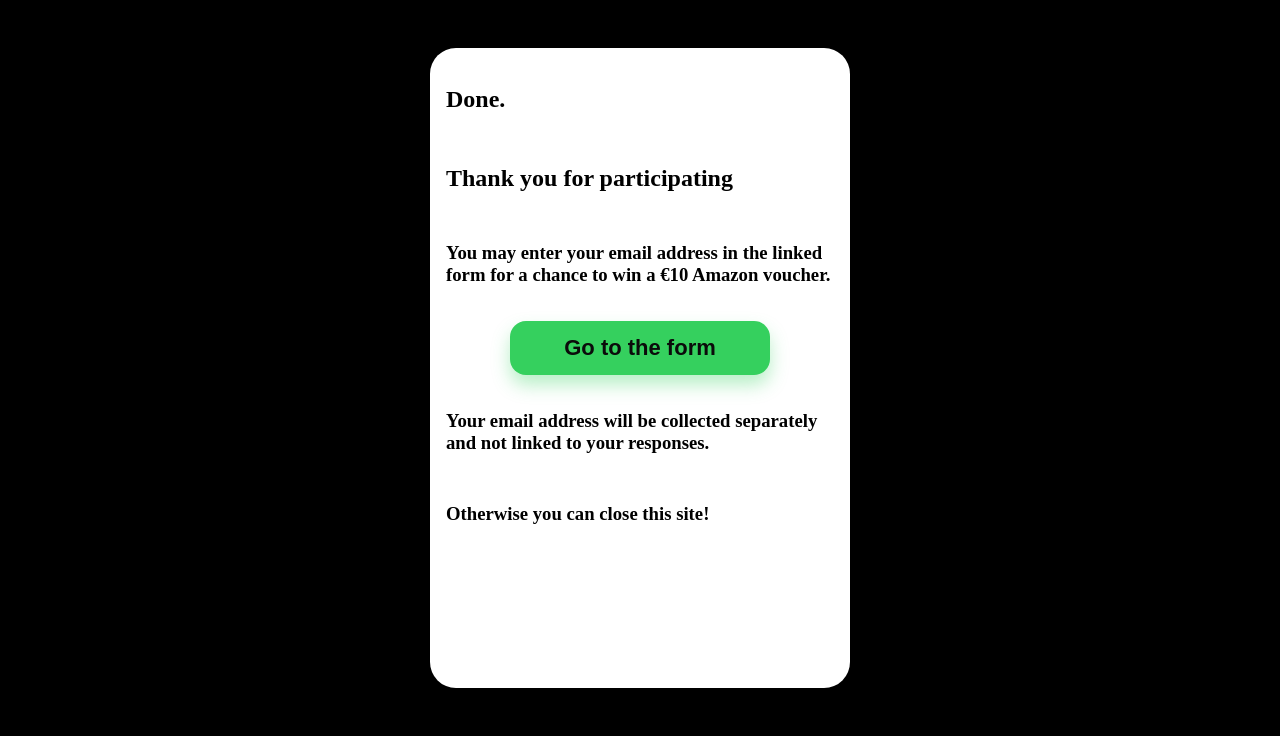
Repository: alexibri/ba_decision_study
Page: /end
The author's editor kept a copy of each file at every save. The page is drawn from the files as they stood at one save, then again after the next save.
The browser window is 1280 px wide. The pictures show the whole page.
The page's requests for data from a server got no answer. The project was rebuilt for these pictures with package versions that can differ from the ones it lists, and the page was loaded fresh each time. No one was signed in, and anything a server would have sent is missing. Also part of the build but not shown: vite.config.js, src/lib/assignment/group.js, src/lib/db/supabase-client.js, src/lib/db/runs.js, src/pages/Start.jsx, src/lib/db/responses.js, src/lib/hooks/useResponseTracker.js, src/scenarios/Scenario1/S1Dark1.jsx and 10 more.

Above is the page before, as saved 2026-02-11 16:48:45.

After the next save:
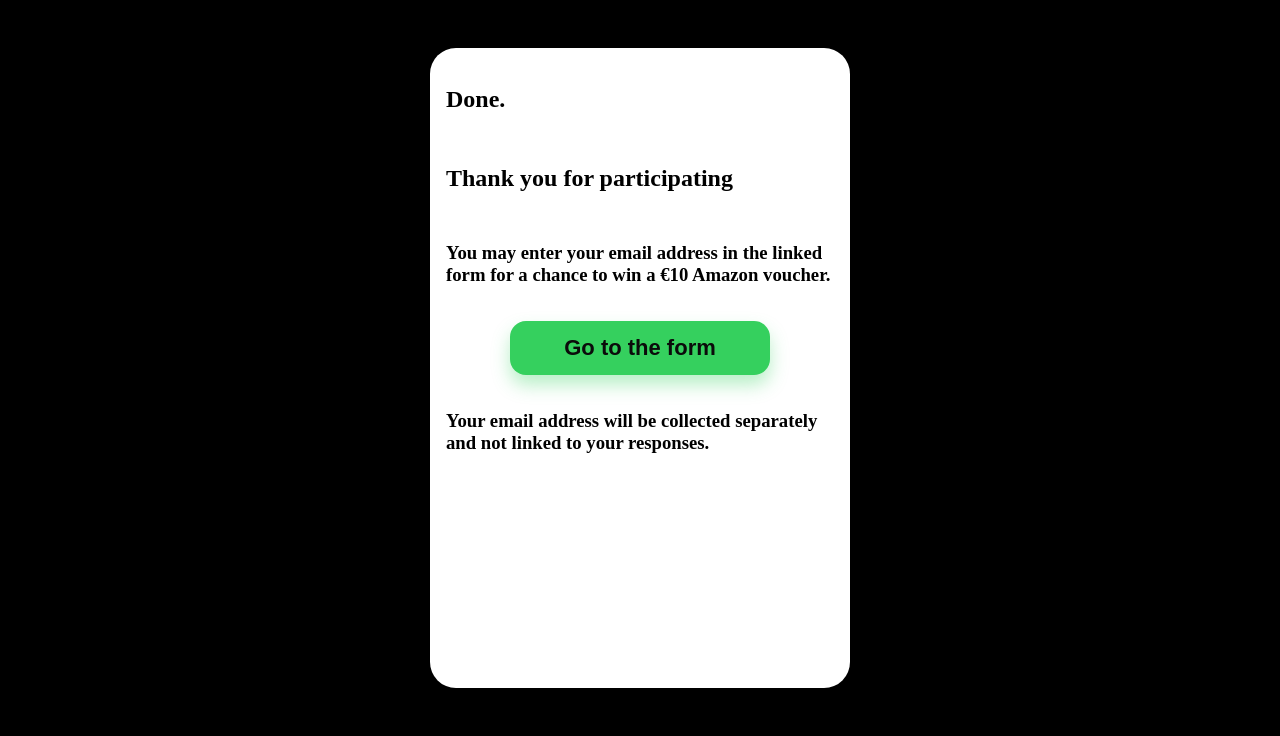
Saved 6 s later.
--- a/src/pages/End.jsx
+++ b/src/pages/End.jsx
@@ -22,7 +22,6 @@ export default function End() {
                         </div>
                     </div>
                     <h3>Your email address will be collected separately and not linked to your responses.</h3>
-                    <h3>Otherwise you can close this site!</h3>
                 </div>
 
             </div>
